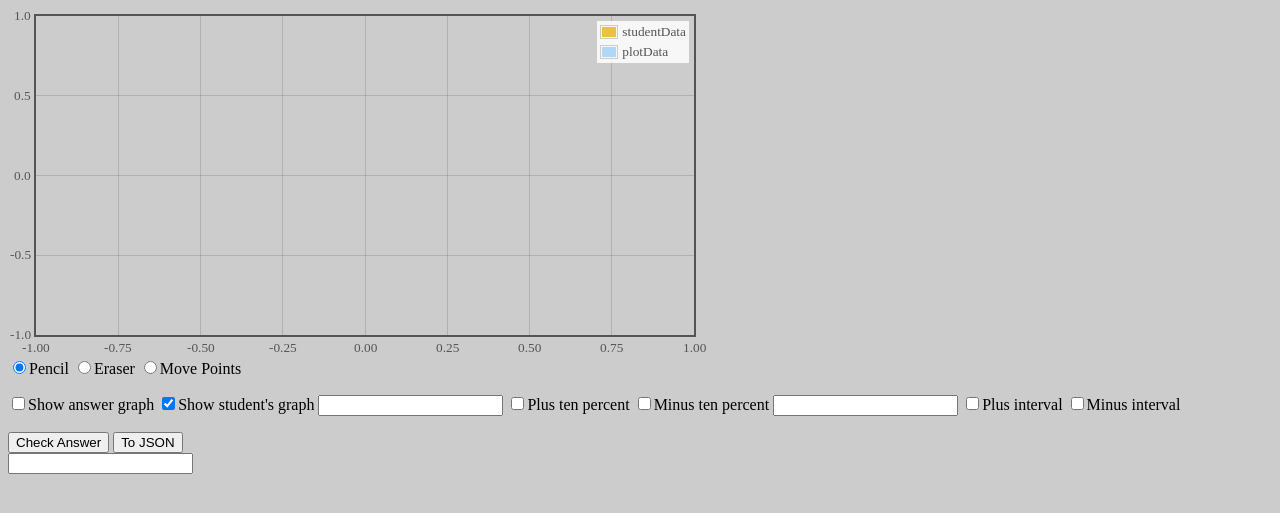
Repository: danmartelly/601autogradeGraphs
Page: flotSketching/test.html
These files come from the project's save history. The page is drawn as it stood at one moment and after the next save; the edit follows.
The browser window is 1280 px wide. The pictures show the whole page.

Above is the page before, as saved 2014-01-30 17:33:41.

After the next save:
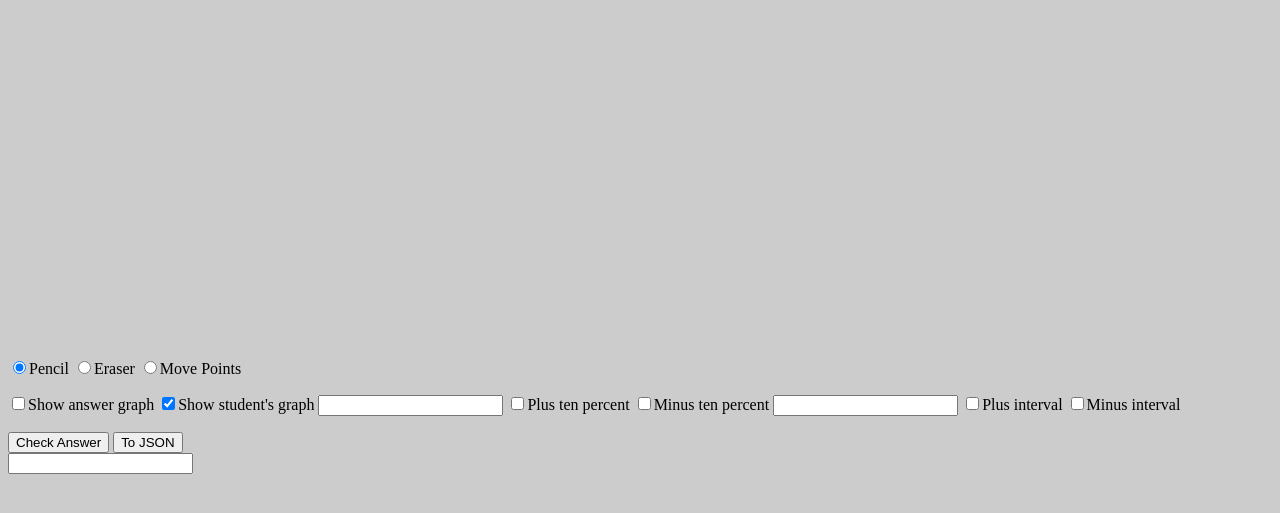
Console error: SyntaxError: Unexpected number
Saved 2 min 23 s later.
--- a/flotSketching/test.js
+++ b/flotSketching/test.js
@@ -23,6 +23,9 @@
 
 	for (var i = 0; i < 14; i += 0.5) {
 //		plotData.data.push([i, genericSin(i, 2.15452795, 0.99964759, 0.99957028, 0.04148915)]);
+		4.12392456e+00   1.90713334e+00   9.31405715e-01   2.04401794e+00
+		  -1.74228030e-09
+		plotData.data.push([i, genericExp(i, 4.1239, 1.907, .9314, 2.044, 0)]);
 	}
 
 	var studentData = {

After the save that followed:
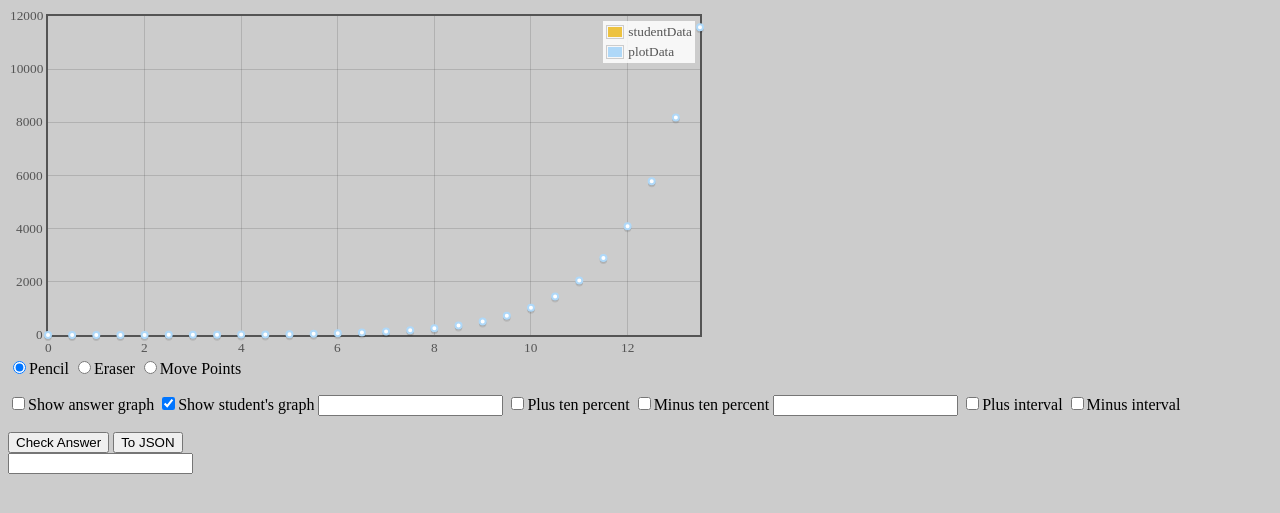
The error is gone.
Saved 4 s later.
--- a/flotSketching/test.js
+++ b/flotSketching/test.js
@@ -23,8 +23,6 @@
 
 	for (var i = 0; i < 14; i += 0.5) {
 //		plotData.data.push([i, genericSin(i, 2.15452795, 0.99964759, 0.99957028, 0.04148915)]);
-		4.12392456e+00   1.90713334e+00   9.31405715e-01   2.04401794e+00
-		  -1.74228030e-09
 		plotData.data.push([i, genericExp(i, 4.1239, 1.907, .9314, 2.044, 0)]);
 	}
 
